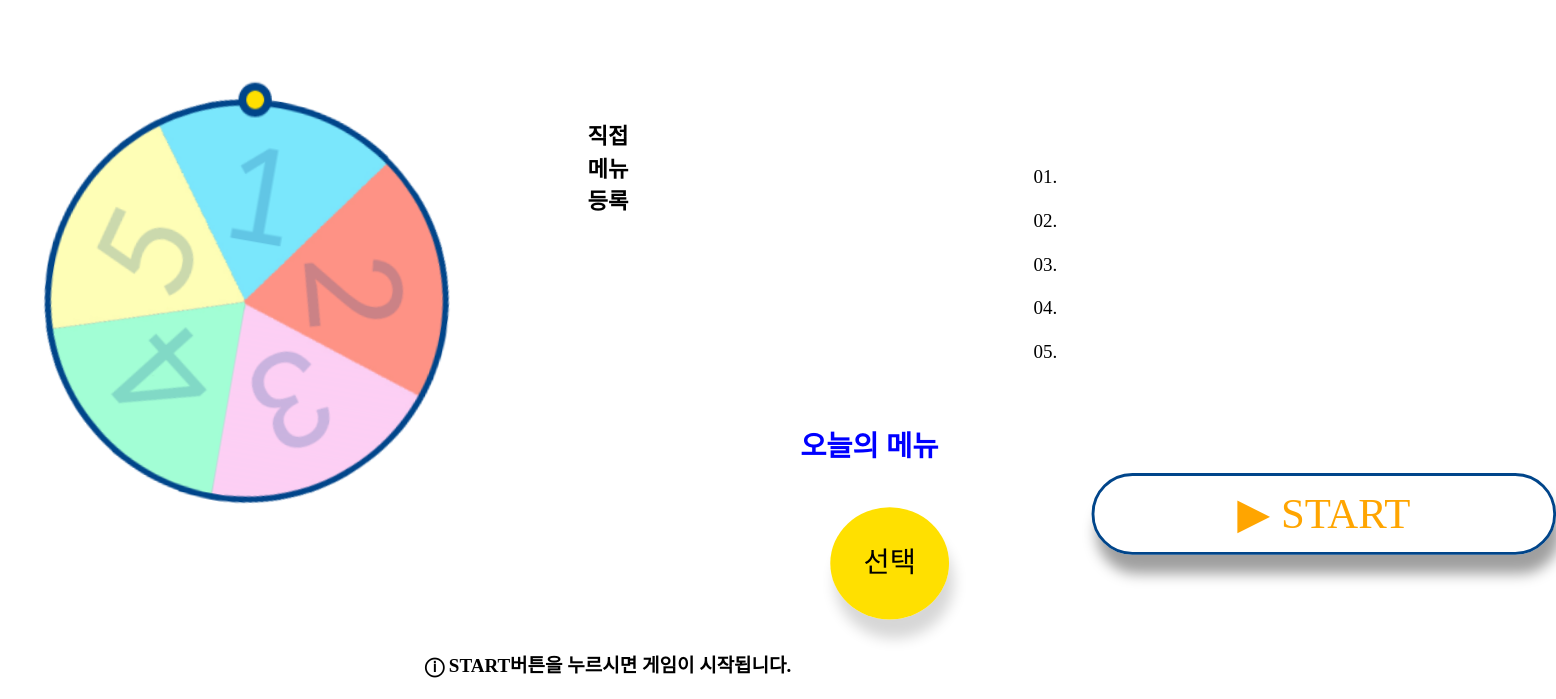
Repository: hkh00700/JustDoEat_Web
Page: http://localhost/justdoeat/WEB-INF/views/game/roulette.jsp
An editor plug-in stored every save of this project. The page is shown before and after the next save, followed by the edit.
The browser window is 1280 px wide. The page is 1638 px wide, so the pictures cover 1638 px, including what lies to the right of the window. The pictures show the whole page, at 95% of full size.
The page is served by Tomcat 9. Nobody is signed in. The template is opened directly, without the code that normally fills it, so the values that code supplies are empty.

Above is the page before, as saved 2021-05-19 02:17:54.
Console error: ReferenceError: $ is not defined

After the next save:
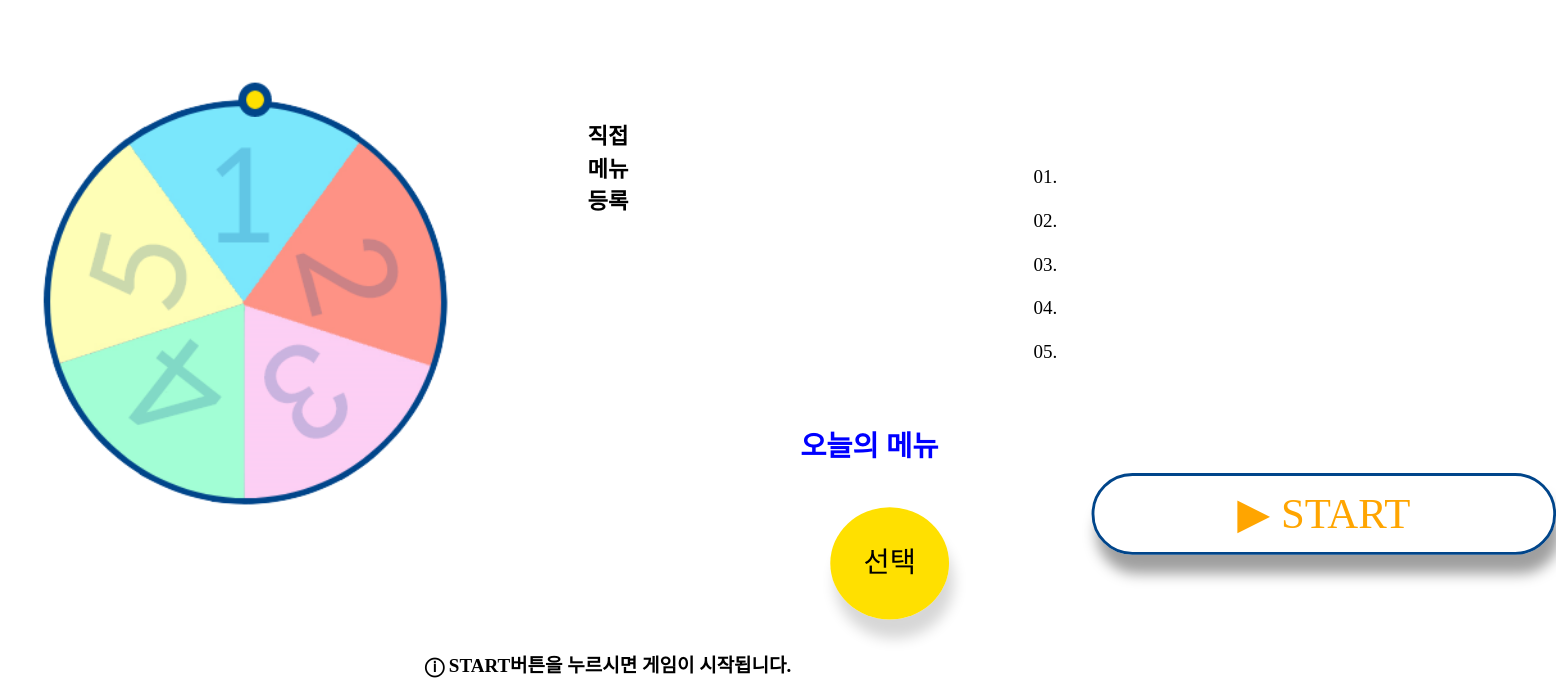
Saved 52 s later.
--- a/justdoeat/src/main/webapp/WEB-INF/views/game/roulette.jsp
+++ b/justdoeat/src/main/webapp/WEB-INF/views/game/roulette.jsp
@@ -122,7 +122,7 @@
 <body>
 <div class="content">
 <img src='imgs/pin.png'alt="룰렛" id="pin"/>
-<img src='imgs/roulette.png' alt="룰렛" class="roulette"/>
+<img src='imgs/roulette.png' alt="룰렛" id="trigger"/>
 	<h3>직접 메뉴 등록</h3>
 	<div class="num">
 	01.<br/><br/>
@@ -147,6 +147,19 @@
 
 })
 element = document.getElementById("trigger");
+element.addEventListener("click", function(e) {
+	  e.preventDefault;
+
+	  // -> removing the class
+	  element.classList.remove("triggers");
+
+	  // -> triggering reflow /* The actual magic */
+	  // without this it wouldn't work. Try uncommenting the line and the transition won't be retriggered.
+	  element.offsetWidth = element.offsetWidth;
+
+	  // -> and re-adding the class
+	  element.classList.add("triggers");
+	}, false);
 function start_click() {
 		alert("게임시작")
 
